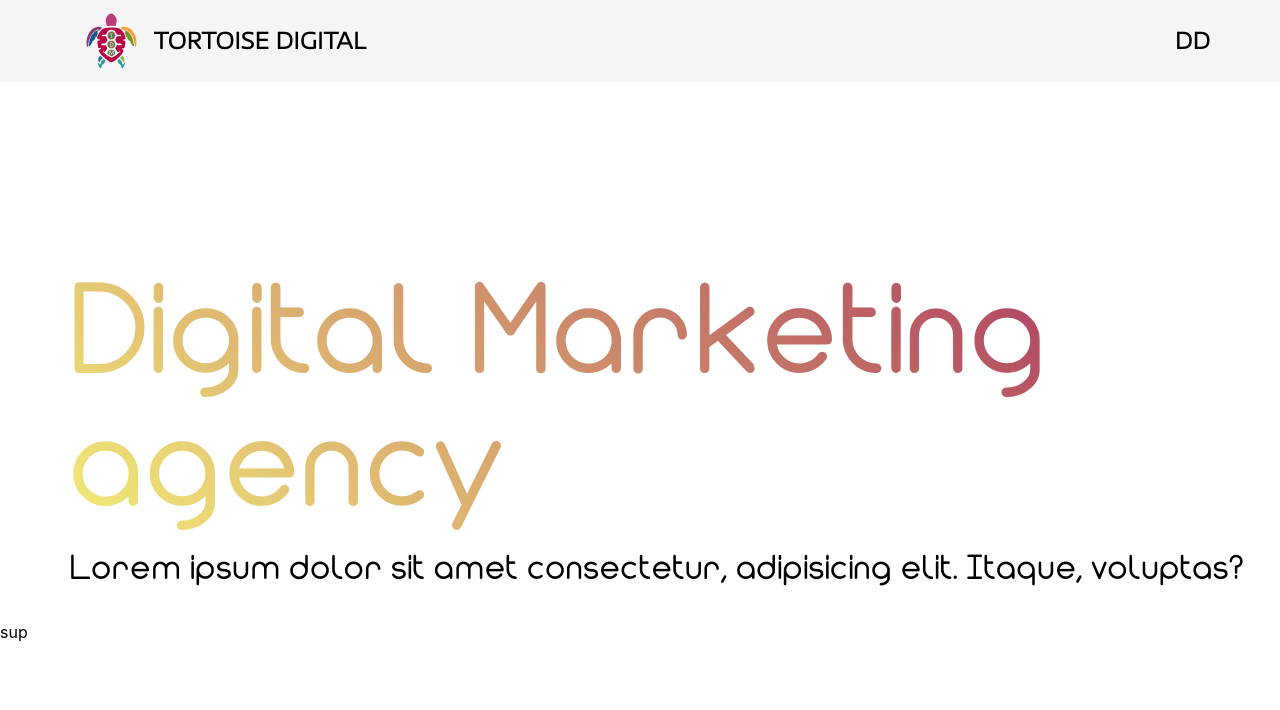
Repository: adastra-react/tortoise_digital
Page: /
An editor plug-in stored every save of this project. The page is shown before and after the next save, followed by the edit.
The browser window is 1280 px wide. The pictures show the whole page.
The project was rebuilt for these pictures with package versions that can differ from the ones it lists, and the page was loaded fresh each time.

Above is the page before, as saved 2021-04-01 19:28:21.

After the next save:
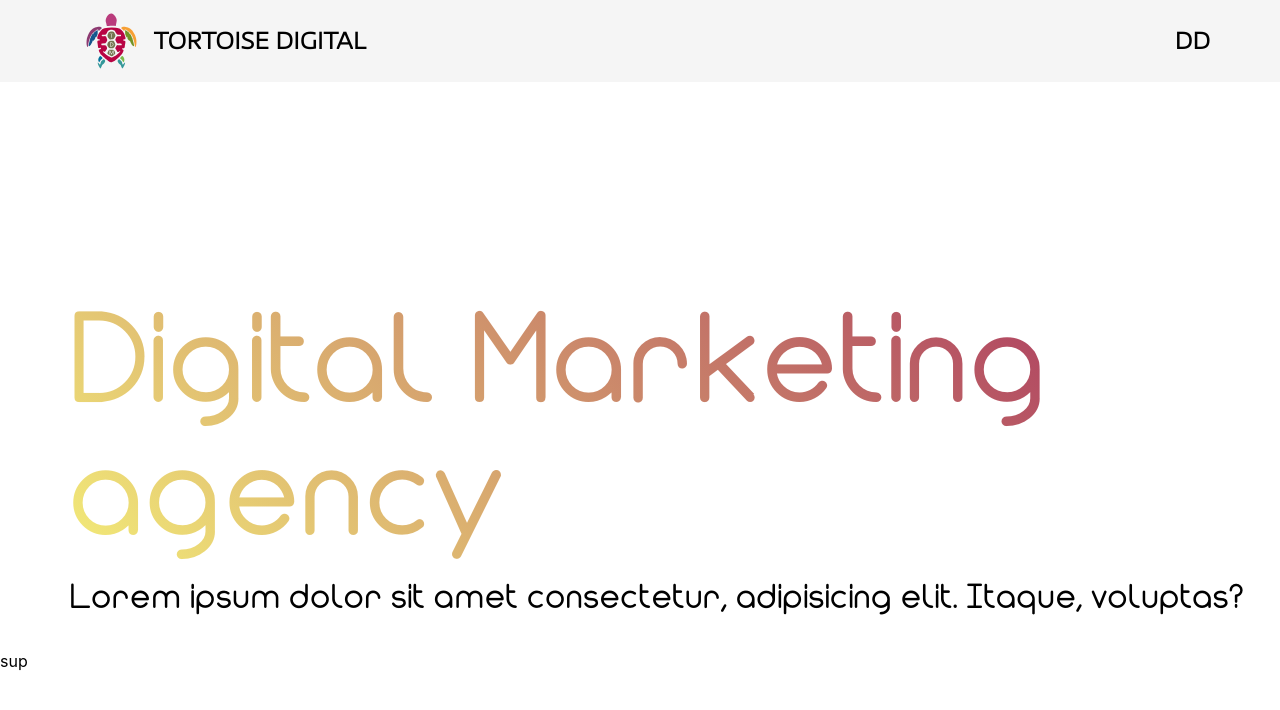
Saved 9 s later.
--- a/src/Components/Home.css
+++ b/src/Components/Home.css
@@ -34,5 +34,5 @@
     flex-direction: column-reverse;
     padding-left: 70px;
     /* background-color: ; */
-    height: 75vh;
+    height: 79vh;
 }
